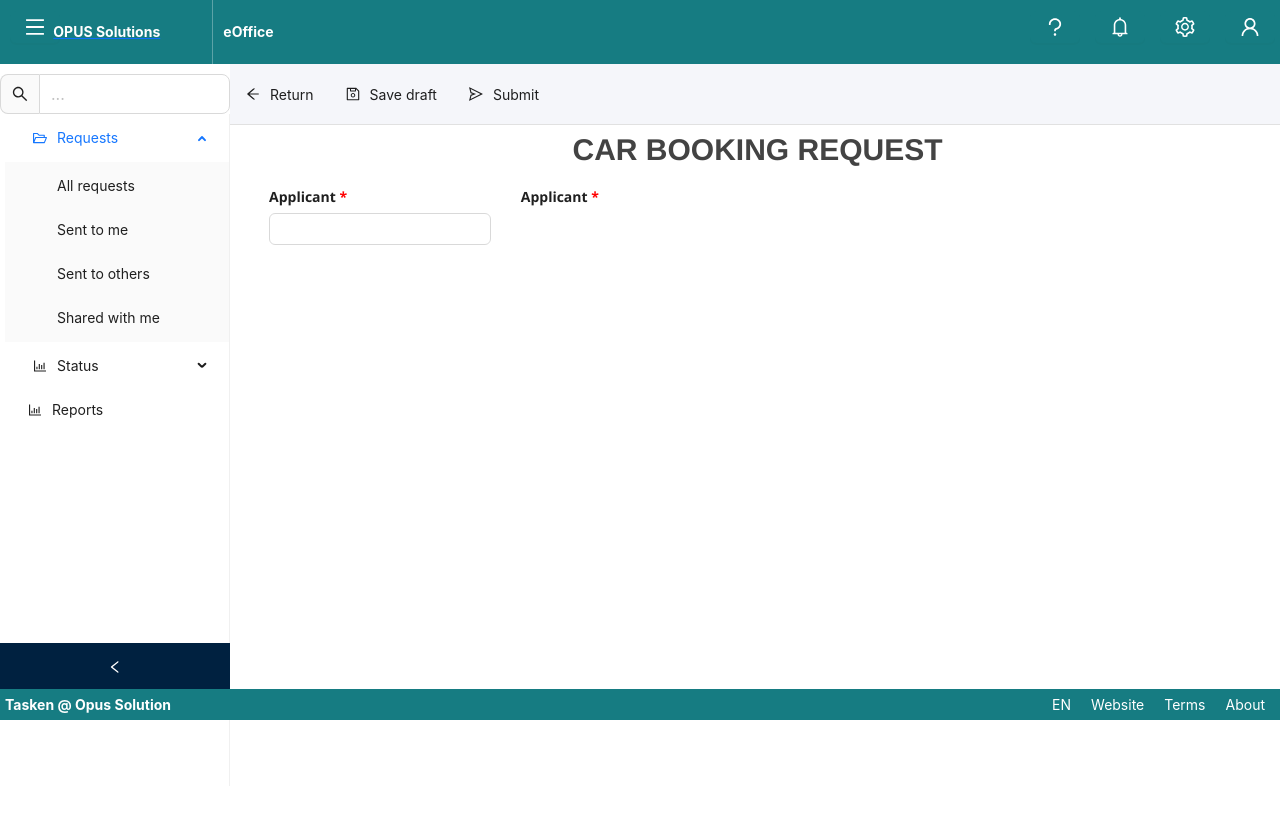
Repository: vannam272008/car-booking
Page: /request/addrequest
An editor plug-in stored every save of this project. The page is shown before and after a run of saves, followed by the edit.
The browser window is 1280 px wide. The pictures show the whole page.
The project was rebuilt for these pictures with package versions that can differ from the ones it lists, and the page was loaded fresh each time. Also part of the build but not shown: src/Components/DetailRequest/Comments/comment.css, src/Components/DetailRequest/Comments/comment.tsx, src/Components/DetailRequest/Menu/menu.tsx, src/Components/DetailRequest/Detail/detail.tsx, src/Pages/ManageRequest/index.css, src/Pages/ManageRequest/ManageRequest.tsx. Imported but missing from the stored project, and not drawn on this page: src/Pages/Home.

Above is the page before, as saved 2023-07-06 15:35:16.

### src/index.tsx
import React from 'react';
import ReactDOM from 'react-dom/client';
import './index.css';
import App from './App';
import reportWebVitals from './reportWebVitals';
import { BrowserRouter } from 'react-router-dom';
import { Provider } from 'react-redux';
import { configureStore } from '@reduxjs/toolkit';
import requestReducer from './Reducers/requestReducer';
import { store } from './Store/store';


const root = ReactDOM.createRoot(
  document.getElementById('root') as HTMLElement
);
root.render(
  <Provider store={store}>
    <React.StrictMode>
      <BrowserRouter>
        <App />
      </BrowserRouter>
    </React.StrictMode>
  </Provider>
);

// If you want to start measuring performance in your app, pass a function
// to log results (for example: reportWebVitals(console.log))
// or send to an analytics endpoint. Learn more: https://bit.ly/CRA-vitals
reportWebVitals();

### src/App.tsx
import { Route, Routes } from 'react-router-dom';
import './App.css';
import Home from './Pages/Home';
import DetailRequest from './Components/DetailRequest/Detail/detail';
import ManageRequest from './Pages/ManageRequest/ManageRequest';
import AddRequest from './Components/AddRequest/AddRequest';


function App() {
  return (
    <Routes>
      <Route path="/" element={<Home />} />
      <Route path="/request/carbooking" element={<ManageRequest />} />
      <Route path="/request/detail" element={<DetailRequest />} />
      <Route path='/request/addrequest' element={<AddRequest />} />
      {/* <Route path="/employee/create" element={<AddEmployee />} />
        <Route path="/department/create" element={<AddDepartment />} /> */}
    </Routes>
  );
}

export default App;

### src/Store/store.ts
import requestReducer from "../Reducers/requestReducer";
import { configureStore, createStore } from "@reduxjs/toolkit";


// export const store = configureStore({
//     reduder: {
//         request: requestReducer
//     }
// });

export const store = createStore(requestReducer);

### src/Components/AddRequest/AddRequest/index.tsx
import React from 'react';
import MenuAdd from '../MenuAdd';
import RequestLayout from '../../RequestLayout';
import { Col, Input, Row, Form } from 'antd';


function AddRequest(): JSX.Element {
    const profile = false;

    return (
        <RequestLayout profile={profile}>
            {() => (
                <div className='page-request'>
                    <MenuAdd />
                    <div className='page-content'>
                        <div className='table-request'>
                            <h2 className='title-request'>CAR BOOKING REQUEST</h2>
                            <div className='table-content'>
                                <Form>
                                    <Row className='row-request'>
                                        <Col span={6} className='col-request'>
                                            <label>Applicant <span className='required'>*</span></label>
                                            <Form.Item
                                                rules={[
                                                    {
                                                        required: true,
                                                    },
                                                ]}>
                                                <Input></Input>
                                            </Form.Item>
                                        </Col>
                                        <Col span={6} className='col-request'>
                                            <label>Applicant <span className='required'>*</span></label>

                                        </Col>
                                    </Row>
                                </Form>
                            </div>
                        </div>
                    </div>
                </div>
            )}
        </RequestLayout>
    );
}

export default AddRequest;

### src/Reducers/requestReducer.ts
// interface RequestState {
//     requestList: string[]
// }

const initState = {
    requestList: [],
    success: true,
}

const requestReducer = (state = initState, action: { type: any; payload: any }) => {
    switch (action.type) {
        case 'SET_REQUEST_LIST':
            return {
                ...state,
                requestList: action.payload,
                success: false
            }
        default:
            return state
    }
}

export default requestReducer

### src/Components/RequestLayout/index.jsx
import React, { useState } from 'react';
import { LaptopOutlined, NotificationOutlined, UserOutlined } from '@ant-design/icons';
import { Layout, theme } from 'antd';
import AppHeader from '../../Components/AppHeader';
import AppSider from '../../Components/AppSider';
import AppFooter from '../../Components/AppFooter';

import "./RequestLayout.scss";

const { Content } = Layout;

const RequestLayout = ({ profile, children }) => {
    const {
        token: { colorBgContainer },
    } = theme.useToken();

    return (
        <div className='manage-request'>
            <AppHeader />
            <Content>
                <Layout style={{ padding: '24px 0', background: colorBgContainer }}>
                    <AppSider profile={profile} />
                    <Layout style={{ padding: '24px 0', background: colorBgContainer }}>
                        <Content style={{ padding: '0 24px', minHeight: 280 }}>
                            {children()}
                        </Content>
                    </Layout>
                </Layout>
            </Content>
            <AppFooter />
        </div>


    );
};

export default RequestLayout;

### src/Components/DetailRequest/Detail/detail.css
*{
    box-sizing: border-box;
  }
  .required {
    color: red;
  }
  .page-request{
    min-height: calc(100vh - 83px);
    transition: all 0.3s;
    background-color: #ffffff;
    font-family: "Helvetica Neue",Helvetica,Arial,sans-serif;
    font-size: 14px;
    line-height: 1.42857143;
    color: #333;
    background-color: #fff;
  }
  .page-content{
    margin-top: 85px;
    margin-right: -20px;
    padding-right: 15px;
  }
  .info-request > p{
    width: 100%;
    font-weight: 700;
  }

  /* .table-request > p{
    font-size: 1.1em;
    font-weight: 300;
    line-height: 1.7em;
    color: #130e0e;
    margin: 0 0 10px;
    display: block;
    margin-block-start: 1em;
    margin-block-end: 1em;
    margin-inline-start: 0px;
    margin-inline-end: 0px;
  } */

  .title-request{
    color: #434343;
    text-align: center;
    font-size: 30px;
    margin-top: 20px;
    margin-bottom: 20px;
    font-family: inherit;
    font-weight: 500;
    line-height: 1.1;
    font-weight: 700;

  }

  .table-content{
    font-family: "Segoe UI";
    font-size: 14px;
    line-height: 1.42857143;
  }

  /* .row1-request  {

  } */
  /* .row-request .Row .Col  {
    width: 100%;
  } */

  .col-request{
    margin-bottom: 15px;
    position: relative;
    min-height: 1px;
    padding-right: 15px;
    padding-left: 15px;
  }

  .col-request > label{
    display: inline-block;
    max-width: 100%;
    margin-bottom: 5px;
    font-weight: 700;
    cursor: default;
    font-family: "Segoe UI";
  }
  .attention-radio{
    margin-top: 30px;
    margin-bottom: 30px;
    font-family: "Segoe UI";
  }

  .attention-radio > p{
    font-size: 1.1em;
    font-weight: 300;
    line-height: 1.7em;
    color: #130e0e;
  }

  /* .Attachment > b{
    font-weight: 700;
  } */
  .approver{
    margin-bottom: 15px;
    position: relative;
    min-height: 1px;
    padding-right: 15px;
    padding-left: 15px;
  }

  .approvers > p{
    font-size: 1.1em;
    font-weight: 300;
    line-height: 1.7em;
    color: #130e0e;
    margin: 0 0 10px;
  }

  .approver > label{
    display: inline-block;
    max-width: 100%;
    margin-bottom: 5px;
    font-weight: 700;
    cursor: default;
  }

### src/Components/AddRequest/MenuAdd/index.tsx
import React from 'react';
import { Menu } from 'antd';
import {
    ArrowLeftOutlined,
    SaveOutlined,
    SendOutlined
} from '@ant-design/icons';
import './menuAdd.css'

function MenuAdd(): JSX.Element {
    return (
        <div>
            <Menu mode="horizontal" className='fixed-menu '>
                <Menu.Item key="return" icon={<ArrowLeftOutlined />}>
                    Return
                </Menu.Item>
                <Menu.Item key="savedraft" icon={<SaveOutlined />}>
                    Save draft
                </Menu.Item>
                <Menu.Item key="submit" icon={<SendOutlined />}>
                    Submit
                </Menu.Item>
            </Menu>
        </div>
    );
}

export default MenuAdd;

### src/Components/DetailRequest/Menu/menu.css
.fixed-menu {
    position: fixed;
    top: 64px;
    width: 100%;
    z-index: 999;
    border-bottom: 1px solid #e1e1e1;
    border-top-left-radius: 0;
    background-color: rgb(245,246,250);
    min-height: 61px;
    display: flex;
    align-items: center;
    flex-wrap: wrap;
    margin-left: -24px;
}

.fixed-menu .Menu.Item {
    white-space: nowrap;
    margin: 0 10px;
    color: #8894A1;
    font-weight: 500;
    text-decoration: none;
    outline: none;
    transition: all 0.3s;
    cursor: pointer;
    background-color: transparent;
}

### src/Components/AppSider/index.tsx
import React, { useState } from 'react';
import type { MenuProps } from 'antd';
import { Layout, Menu, theme, Space } from 'antd';
import { Input } from 'antd';

import { FolderOpenOutlined, BarChartOutlined, SearchOutlined, SettingOutlined } from '@ant-design/icons';
import "./AppSider.scss";



const { Sider } = Layout;

type MenuItem = Required<MenuProps>['items'][number];

function getItem(
    label: React.ReactNode,
    key: React.Key,
    icon?: React.ReactNode,
    children?: MenuItem[],
    type?: 'group',
): MenuItem {
    return {
        key,
        icon,
        children,
        label,
        type,
    } as MenuItem;
}



const AppSider = (props: any) => {

    const items: MenuProps['items'] = [
        getItem('Requests', 'requests', <FolderOpenOutlined />, [
            getItem('All requests', 'all-request'),
            getItem('Sent to me', 'sent-to-me'),
            getItem('Sent to others', 'sent-to-others'),
            getItem('Shared with me', 'shared-with-me'),
        ]),

        getItem('Status', 'status', <BarChartOutlined />, [
            getItem('Draft', 'draft'),
            getItem('Approving', 'approving'),
            getItem('Approved', 'approved'),
            getItem('Rejected', 'rejected'),
        ]),

        getItem('Reports', 'reports', <BarChartOutlined />),

    ];

    const profileItems: MenuProps['items'] = [

        getItem('Setting', 'setting', <SettingOutlined />),

    ];

    const [openItem, setOpenItem] = useState('requests');

    const handleClick: MenuProps['onClick'] = (e) => {
        console.log('click ', e);
    };
    const [collapsed, setCollapsed] = useState(false);
    const {
        token: { colorBgContainer },
    } = theme.useToken();
    return (
        <Sider collapsible collapsed={collapsed} onCollapse={(value) => setCollapsed(value)} style={{ background: colorBgContainer }} width={230}>
            <Space.Compact size="large">
                <Input addonBefore={<SearchOutlined />} placeholder="..." />
            </Space.Compact>
            <Menu
                mode="inline"
                defaultSelectedKeys={[openItem]}
                defaultOpenKeys={['requests']}
                openKeys={[openItem]}
                style={{ height: '100%' }}
                items={props.profile ? profileItems : items}
                onClick={handleClick}
                onOpenChange={(openKey) => {
                    setOpenItem(openKey[1])
                }}
            />
        </Sider>


    )
}

export default AppSider;

### src/Components/AppFooter/index.tsx
import { Layout } from 'antd';
import "./AppFooter.scss";

const { Footer } = Layout

const AppFooter = () => {
    return (
        <Footer className='mcs-footer'>
            <div>
                <span className='footer-left'><b>Tasken @ Opus Solution</b></span>
                <div className='footer-right'>
                    <span>EN</span>
                    <span>Website</span>
                    <span>Terms</span>
                    <span>About</span>
                </div>
            </div>

        </Footer>)
}

export default AppFooter;

### src/Components/AppHeader/AppHeader.scss
.mcs-header {
    position: fixed;
    z-index: 1001;
    align-items: center;
    background-color: #167c82;
    width: 100%;
    padding-inline: 0;

    & .row-header {
        align-items: center;

        & .btn-menu {
            border: none;
            background-color: #167c82;
            color: white;
            font-size: 20px;
            margin-left: 10px;
        }
    }

    & .col-logo {
        width: 100%;
        border-right: 1px solid rgba(255, 255, 255, 0.3);


        & p {
            width: 100%;
            color: white;
            display: contents;
        }
    }

    & .col-label {
        padding-left: 10px;
        width: 100%;


        & p {
            width: 100%;
            color: white;
            display: contents;
        }
    }

    & .col-function {
        & .group-btn {
            float: right;

            & .btn-item {
                font-size: 20px;
                margin-left: 5px;
                margin-right: 5px;
                border: none;
                background-color: #167c82;
                color: white;

                margin-left: 10px;
            }

        }
    }







}

.ant-dropdown {

    & .dropdown-help {
        display: block;
        right: 0;
        top: 50px;
        width: 320px;
        height: calc(100vh - 84px);
        background-color: #fff;
        border: 1px solid #c8c8c8;

        & .title-dropdown {
            border-bottom: 1px solid #ddd;
            padding-bottom: 5px;
            padding-top: 5px;

            & span {
                margin-left: 10px;
                font-size: 25px;
            }

            & .btn-close {
                font-size: 20px;
                margin-left: 5px;
                margin-right: 5px;
                border: none;
                background-color: white;
                color: black;
                float: right;
            }
        }

        & .content-dropdown {
            display: block;
            margin-top: 10px;




            & .account-info {
                & img {
                    margin-left: 10px;
                    float: left;
                    width: 64px;
                    height: 64px;
                }

                & .info-name {
                    margin-left: 10px;
                    float: left;
                    font-size: 20px;
                }

                & .info-email {
                    margin-left: 10px;
                    font-style: italic;
                }
            }

            .content-info {
                border-top: 1px solid #ddd;
                margin-top: 20px;

                & span {
                    font-size: 20px;
                    margin-left: 10px;
                }

                & p {
                    color: #4BA747;
                    margin-left: 25px;
                }
            }

            & span {
                font-size: 20px;
                margin-left: 10px;
            }

            & p {
                color: #4BA747;
                margin-left: 25px;
            }


        }




    }
}

// .logo {
//     width: 200px;
//     height: 100px;
// }

// .header {
//     background-color: #fff;
//     height: 100px;
//     line-height: 100px;
//     padding: 0;
// }

// .header-name {
//     font-family: 'Segoe UI';
//     font-size: 16px;
//     font-weight: 700;
//     color: #0273bb;
// }

// .header-homepage {
//     font-family: 'Segoe UI';
//     font-size: 16px;
//     font-weight: 700;
//     color: #0273bb;
//     float: right;
//     padding-right: 50px;
//     position: relative;
//     top: -100px;
// }

// .logo-name {
//     display: flex;
// }


/* Extra small devices (phones, 600px and down) */
@media only screen and (max-width: 600px) {
    .header-homepage {
        display: none;
    }

    .header-name {
        font-size: 10px;
    }
}

/* Small devices (portrait tablets and large phones, 600px and up) */
@media only screen and (min-width: 600px) {}

/* Medium devices (landscape tablets, 768px and up) */
@media only screen and (min-width: 768px) {}

/* Large devices (laptops/desktops, 992px and up) */
@media only screen and (min-width: 992px) {}

/* Extra large devices (large laptops and desktops, 1200px and up) */
@media only screen and (min-width: 1240px) {}

### src/Components/AppSider/AppSider.scss
.ant-layout {
        & li {
                padding-left: 5px;
        }

        & .ant-layout-sider {
                position: sticky;
                left: 0;
                margin-top: 50px;



        }

        & .ant-layout-sider-children {}

        & .ant-layout-sider-trigger {
                margin-bottom: 29px;
        }
}

### src/Components/AppFooter/AppFooter.scss
.mcs-footer {
    background-color: #167c82;
    color: #fff;
    position: fixed;
    width: 100%;
    bottom: 0;
    padding: 5px;

    & .footer-left {
        float: left;
    }

    & .footer-right {
        float: right;

        & span {
            padding-left: 10px;
            padding-right: 10px;
        }
    }
}

Loaded but not shown: public/index.html (common file); src/index.css (common file); src/reportWebVitals.ts (common file); src/App.css (common file); src/Components/AppHeader/index.tsx (200 lines, source omitted); src/Components/AddRequest/MenuAdd/menuAdd.css (no stored copy; drawn as an empty file); src/Components/RequestLayout/RequestLayout.scss (no stored copy; drawn as an empty file)

After the next 2 saves:
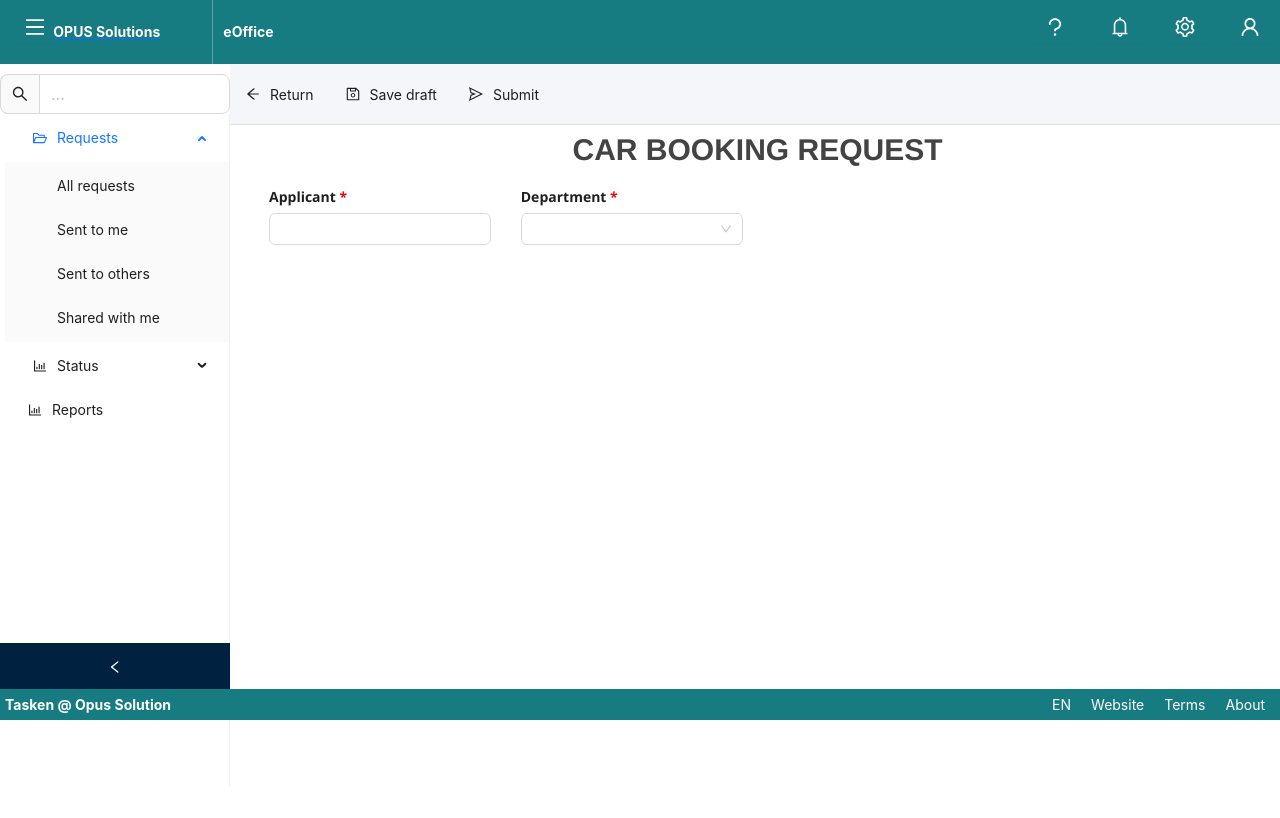
The 2 saves are shown as one change because 1 did not build or start.
The last was saved 2 min 4 s later.
--- a/src/Components/AddRequest/AddRequest/index.tsx
+++ b/src/Components/AddRequest/AddRequest/index.tsx
@@ -1,11 +1,13 @@
 import React from 'react';
 import MenuAdd from '../MenuAdd';
 import RequestLayout from '../../RequestLayout';
-import { Col, Input, Row, Form } from 'antd';
+import { Col, Input, Row, Form, Select } from 'antd';
 
 
 function AddRequest(): JSX.Element {
     const profile = false;
+    const { Option } = Select;
+
 
     return (
         <RequestLayout profile={profile}>
@@ -30,8 +32,23 @@ function AddRequest(): JSX.Element {
                                             </Form.Item>
                                         </Col>
                                         <Col span={6} className='col-request'>
-                                            <label>Applicant <span className='required'>*</span></label>
-
+                                            <label>Department <span className='required'>*</span></label>
+                                            <Form.Item
+                                                rules={[
+                                                    {
+                                                        required: true,
+                                                        message: 'Select something!',
+                                                    },
+                                                ]}
+                                                initialValue="1"
+                                            >
+                                                <Select>
+                                                    <Option value="1">
+                                                        longlonglonglonglonglonglonglonglonglonglonglonglonglonglonglonglonglonglonglonglonglonglonglonglonglonglonglonglonglonglonglonglonglonglonglonglonglonglonglonglonglonglonglonglonglonglonglonglonglonglonglonglonglonglonglonglonglonglonglonglonglonglonglonglonglonglonglonglonglonglonglonglonglonglonglonglonglonglonglonglong
+                                                    </Option>
+                                                    <Option value="2">222</Option>
+                                                </Select>
+                                            </Form.Item>
                                         </Col>
                                     </Row>
                                 </Form>
